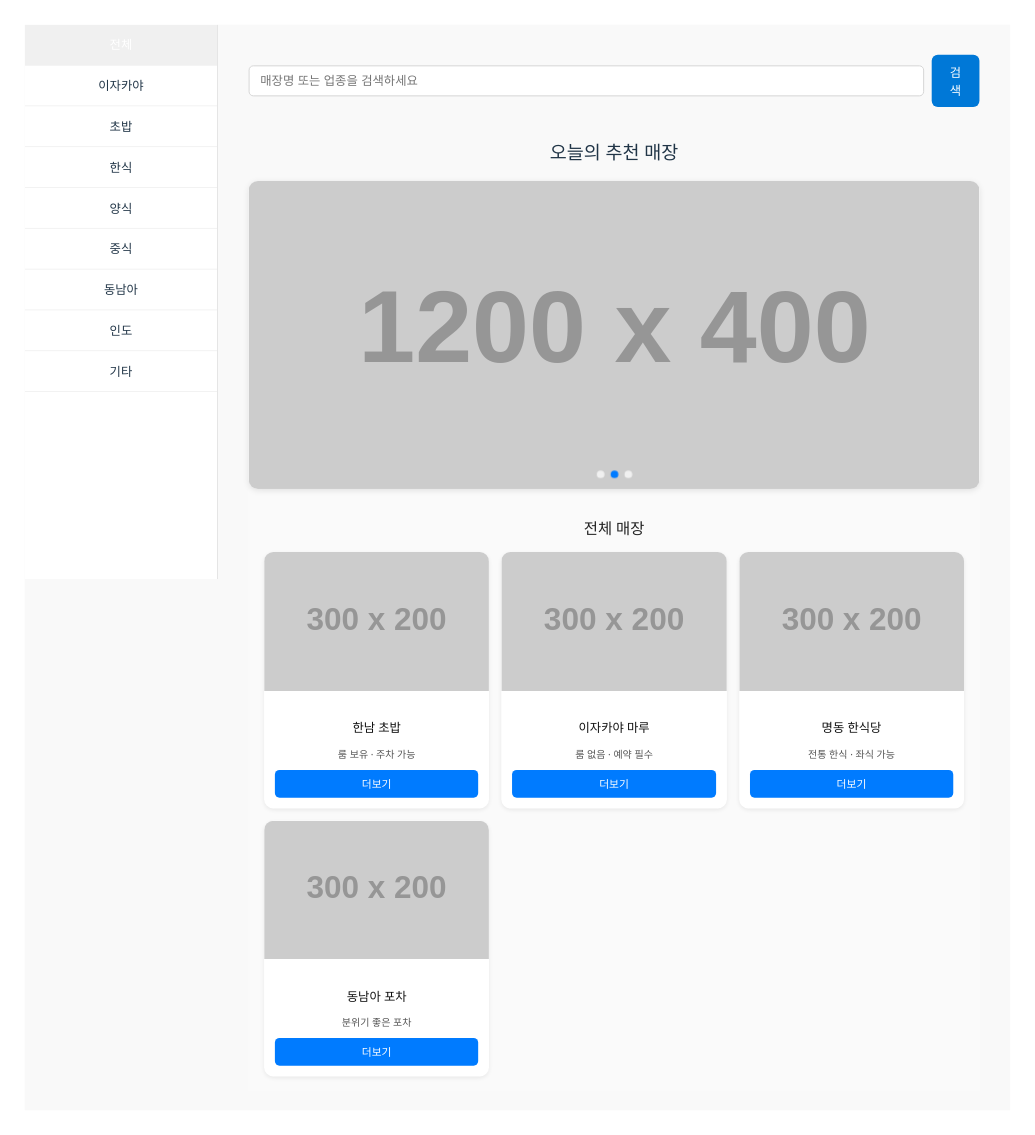
Repository: noiredex/Choplan-API
Page: / (app in choplan/frontend_main/)
The author's editor kept a copy of each file at every save. The page is drawn from the files as they stood at one save, then again after the next save.
The browser window is 1280 px wide. The page is 1344 px wide, so the pictures cover 1344 px, including what lies to the right of the window. The pictures show the whole page, at 77% of full size.
The project was rebuilt for these pictures with package versions that can differ from the ones it lists, and the page was loaded fresh each time. Also part of the build but not shown: choplan/frontend_main/vite.config.js, choplan/frontend_main/vite.config.ts, choplan/frontend_main/src/styles/StoreDetailPage.css, choplan/frontend_main/src/pages/StoreDetailPage.jsx.

Above is the page before, as saved 2025-10-23 11:54:30.

After the next save:
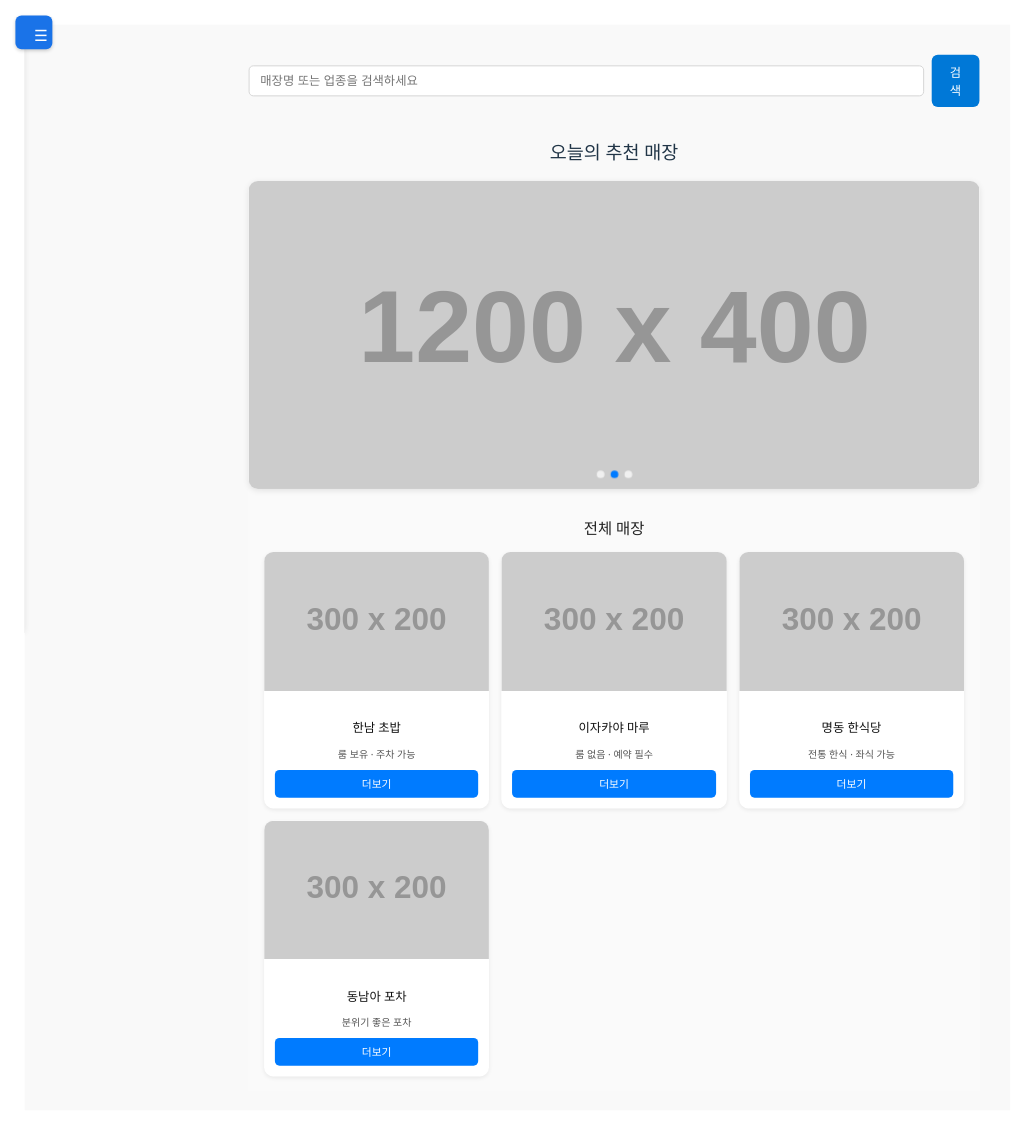
Saved 29 s later.
--- a/choplan/frontend_main/src/styles/Sidebar.css
+++ b/choplan/frontend_main/src/styles/Sidebar.css
@@ -1,20 +1,20 @@
-/* ===== 공통 설정 ===== */
+/* ===== 사이드바 세로형 기본 ===== */
 .sidebar {
   position: fixed;
   top: 0;
   left: 0;
-  width: 220px;
+  width: 230px;
   height: 100vh;
-  background: #ffffff;
-  border-right: 1px solid #ddd;
+  background: #fff;
   transform: translateX(-100%);
   transition: transform 0.3s ease-in-out;
   z-index: 2000;
   box-shadow: 2px 0 8px rgba(0, 0, 0, 0.08);
-  overflow-y: auto;
+  display: flex;
+  flex-direction: column;
+  padding-top: 70px;
 }
 
-/* ===== 열렸을 때 ===== */
 .sidebar.open {
   transform: translateX(0);
 }
@@ -22,60 +22,37 @@
 /* ===== 카테고리 목록 ===== */
 .sidebar-list {
   list-style: none;
+  margin: 0;
   padding: 0;
-  margin: 50px 0 0 0;
-  max-height: calc(100vh - 60px);
   overflow-y: auto;
+  flex: 1;
 }
 
-/* ===== “전체” 항목 고정 ===== */
-.sidebar-list li:first-child {
-  position: sticky;
-  top: 0;
-  background: #ffffff;
-  font-weight: 700;
-  color: #000;
-  border-bottom: 1px solid #eee;
-  z-index: 2;
-}
-
-/* ===== 일반 항목 ===== */
 .sidebar-list li {
-  padding: 14px 18px;
+  padding: 15px 18px;
   cursor: pointer;
-  border-bottom: 1px solid #f5f5f5;
+  border-bottom: 1px solid #f2f2f2;
+  font-size: 16px;
   transition: background-color 0.2s;
 }
 
 .sidebar-list li:hover {
-  background-color: #f7f7f7;
+  background: #f5f5f5;
 }
 
 .sidebar-list li.active {
-  background-color: #1a73e8;
-  color: white;
+  background: #1a73e8;
+  color: #fff;
   font-weight: 600;
 }
 
-/* ===== 스크롤바 스타일 ===== */
-.sidebar-list::-webkit-scrollbar {
-  width: 6px;
-}
-.sidebar-list::-webkit-scrollbar-thumb {
-  background: #ccc;
-  border-radius: 3px;
-}
-.sidebar-list::-webkit-scrollbar-thumb:hover {
-  background: #999;
-}
-
-/* ===== 햄버거 버튼 ===== */
+/* ===== 햄버거 버튼 (항상 노출) ===== */
 .sidebar-toggle {
   position: fixed;
   top: 20px;
   left: 20px;
   background: #1a73e8;
-  color: white;
+  color: #fff;
   border: none;
   border-radius: 8px;
   width: 44px;
@@ -84,51 +61,35 @@
   cursor: pointer;
   z-index: 2100;
   box-shadow: 0 2px 5px rgba(0, 0, 0, 0.2);
-  transition: background-color 0.2s;
 }
 
-.sidebar-toggle:hover {
-  background: #0d5ac1;
-}
-
-/* ===== 어두운 배경 ===== */
+/* ===== 어두운 배경 (overlay) ===== */
 .overlay {
   position: fixed;
   top: 0;
   left: 0;
   width: 100vw;
   height: 100vh;
-  background: rgba(0, 0, 0, 0.35);
+  background: rgba(0, 0, 0, 0.3);
   z-index: 1500;
 }
 
-/* ===== PC 버전 ===== */
+/* ===== PC도 동일한 구조 ===== */
 @media (min-width: 1025px) {
   .sidebar {
-    position: static;
-    transform: none;
-    width: 220px;
-    height: auto;
-    box-shadow: none;
+    position: fixed;
+    transform: translateX(-100%);
+  }
+
+  .sidebar.open {
+    transform: translateX(0);
   }
 
   .sidebar-toggle {
-    display: none;
+    display: block;
   }
 
   .overlay {
-    display: none;
+    display: block;
   }
 }
-
-/* ===== 반응형 (모바일) ===== */
-@media (max-width: 1024px) {
-  .sidebar {
-    position: fixed;
-    height: 100vh;
-  }
-
-  .sidebar-list li {
-    font-size: 15px;
-  }
-}
